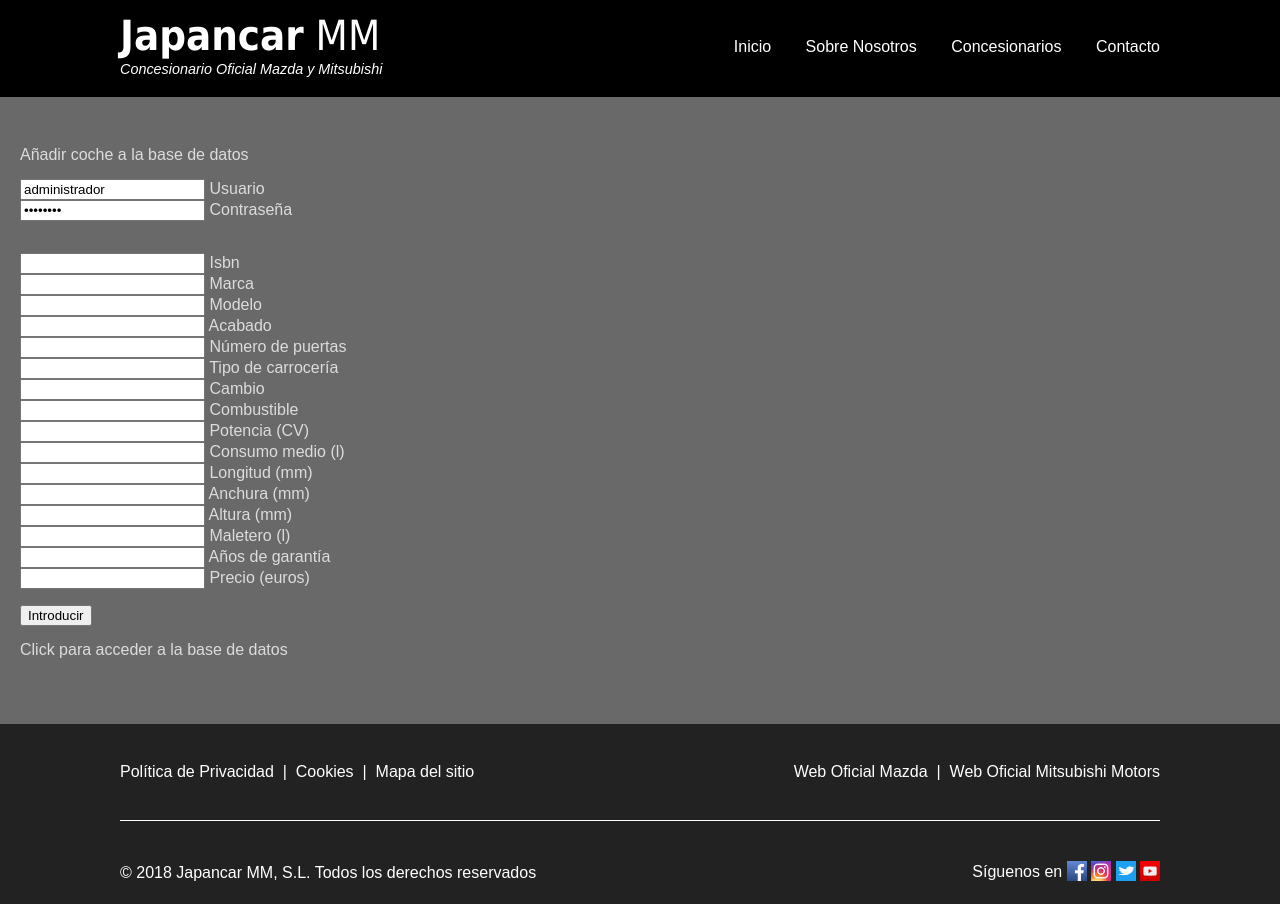
Repository: fjrm/Proyecto_1
Page: PruebaEE/WebContent/Introducir.html
An editor plug-in stored every save of this project. The page is shown before and after the next save, followed by the edit.
The browser window is 1280 px wide. The pictures show the whole page.
Some web libraries are served in a nearby version.

Above is the page before, as saved 2018-12-05 12:37:29.

After the next save:
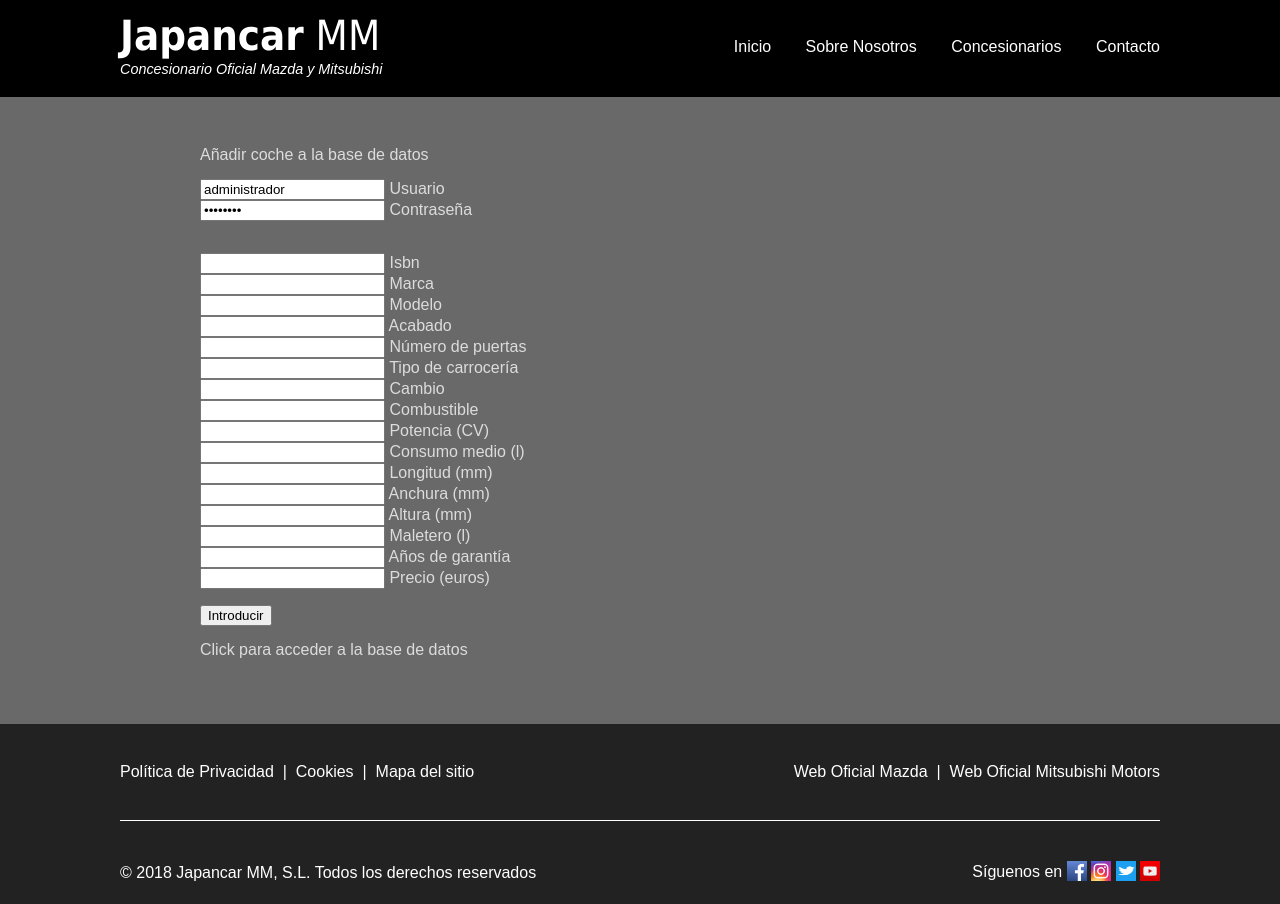
Saved 50 min 30 s later.
--- a/PruebaEE/WebContent/Introducir.html
+++ b/PruebaEE/WebContent/Introducir.html
@@ -17,7 +17,7 @@
 			padding-top: 50px;
       		padding-right: 20px;
       		padding-bottom: 50px;
-      		padding-left: 20px;
+      		padding-left: 200px;
 		}
 
 		body{
